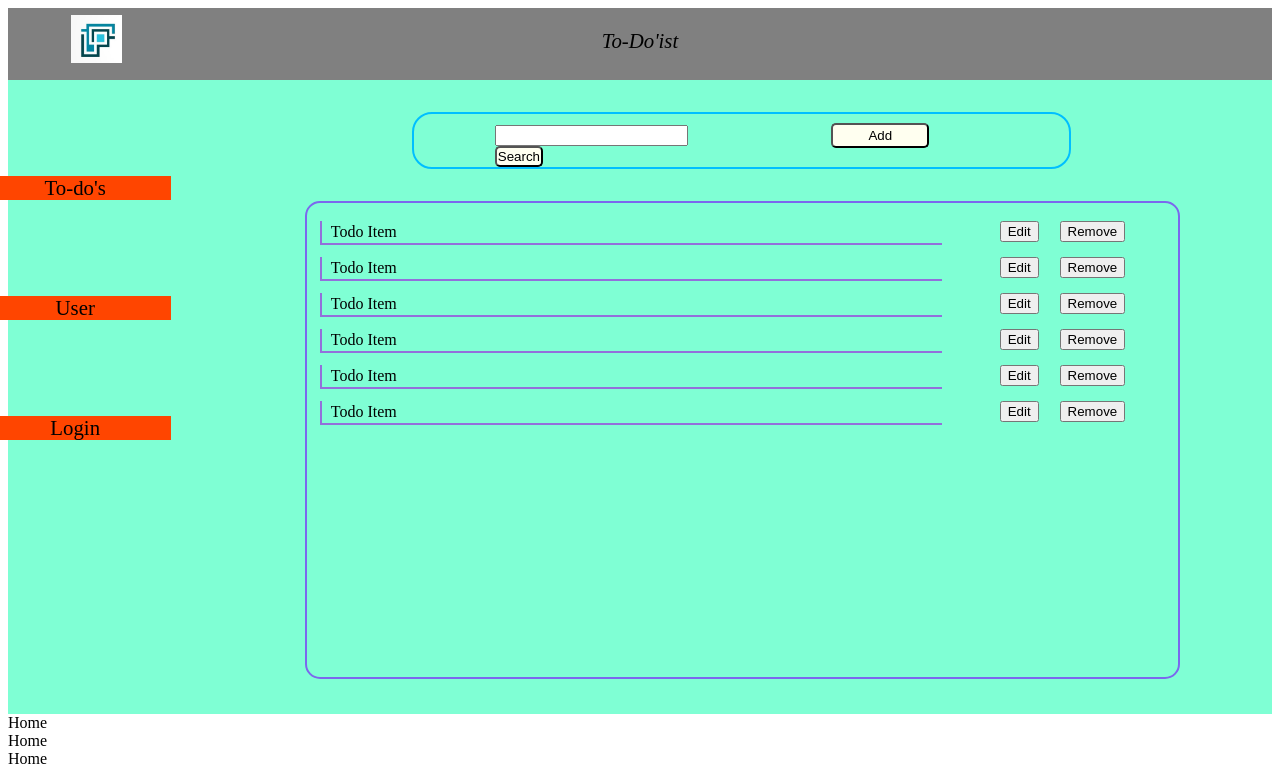
Repository: tavisca-pkadam/Todo-Website
Page: home.html
The author's editor kept a copy of each file at every save. The page is drawn from the files as they stood at one save, then again after the next save.
The browser window is 1280 px wide. The pictures show the whole page.

Above is the page before, as saved 2019-08-20 08:55:49.

### home.html
<!DOCTYPE html>
<html>
  <head>
    <meta charset="utf-8" />
    <meta http-equiv="X-UA-Compatible" content="IE=edge" />
    <title>Page Title</title>
    <meta name="viewport" content="width=device-width, initial-scale=1" />
    <link rel="stylesheet" type="text/css" media="screen" href="main.css" />

    <link rel="import" href="components/header.html" />

    <!-- <script src='main.js'></script> -->
  </head>
  <body>
    <div id="head" class="header">
      <img id="company_logo" src="src/logo.jpg" width="5%" />
      <p id="todo_header"><i>To-Do'ist</i></p>
    </div>


    <div id="side_nav">
      <div id="side_todo"  class="side_btn">
        To-do's
      </div>
      <div id="side_user" class="side_btn">
        User
      </div>
      <div id="side_login" class="side_btn">
        Login
      </div>
    </div>
    <div id="todo_content">
        <div id="todo_content_head">
            <div id="todo_content_search">
                <input type="text" style="padding-right:10px">
                <button class="search_button">Search</button>
            </div>
            <button id="todo_content_add" class="search_button">Add</button>
        </div>
        <div id="todo_list">
            <div class="todo_item">
                <div class="todo_detail">
                        Todo Item
                </div>
                <button class="todo_edit_btn">Edit</button>
                <button>Remove</button>
            </div>
            <div class="todo_item">
                <div class="todo_detail">
                        Todo Item
                </div>
                <button class="todo_edit_btn">Edit</button>
                <button>Remove</button>
            </div>
            <div class="todo_item">
                <div class="todo_detail">
                        Todo Item
                </div>
                <button class="todo_edit_btn">Edit</button>
                <button>Remove</button>
            </div>
            <div class="todo_item">
                <div class="todo_detail">
                        Todo Item
                </div>
                <button class="todo_edit_btn">Edit</button>
                <button>Remove</button>
            </div>
            <div class="todo_item">
                <div class="todo_detail">
                        Todo Item
                </div>
                <button class="todo_edit_btn">Edit</button>
                <button>Remove</button>
            </div>
            <div class="todo_item">
                <div class="todo_detail">
                        Todo Item
                </div>
                <button class="todo_edit_btn">Edit</button>
                <button>Remove</button>
            </div>
        </div>
    </div>
    <div class="link_btn">
        <div>Home</div>
        <div>Home</div>
        <div>Home</div>
    </div>
  </body>
</html>

### main.css
.header {
    background-color:gray;
    position: relative;
    width: 100%;
    height: 10vh;
    margin:0%;
}

#company_logo {
    position: absolute;
    left: 5%;
    width: 4%;
    margin-top: 1vh;
}

#todo_header {
    font-size: 1.3em;
    font-style: oblique;
    font-stretch: expanded;
    position: absolute;
    width: 100%;
    text-align: center;

    /* right: 45%; */
}

#side_nav {
    position: fixed;
    width: 15%;
    background-color: aquamarine;
    height: 88vh;
}

.side_btn {
    left:-15%;
    text-align: center;
    width: 100%;
    position: relative;
    background-color: orangered;
    margin-top: 50%;
    font-size: 1.3rem
}


#todo_content {
    position: relative;
    left: 15%;
    width:85%;
    background-color: aquamarine;
    height: 88vh;
}

#todo_content_head {
    border: 1px;
    position: relative;
    /* background-color: deepskyblue; */
    padding: 5px;
    width: 60%;
    height: 6vh;
    border-radius: 20px;
    left: 20%;
    top: 5%;

    border-width: 2px;
    border-style: solid;
    border-color: deepskyblue;
}

.search_button{
    text-align: center;
    background-color: ivory;
    border-radius: 5px;
    padding: 0.5%;

}

#todo_content_search{
    position: absolute;
    /* background-color: darksalmon; */
    padding: 0.5%;
    margin-left:4%;
    padding-left: 2%;
    padding-right: 4%;
    left: 5vw;
    border-radius: 10px;
    /* border-width: 1px; */
    /* border-style: solid; */
    margin: 3px;

    border-color: blue;

}
#todo_content_add {
    position: absolute;
    background-color: ivory;
    left: 30vw;
    /* top: 10px; */
    width: 15%;
    margin: 4px;
    margin-left: 5%;
}


#todo_list {
    /* background-color: mediumslateblue; */
    position: relative;
    width: 80%;
    left: 10%;
    top: 10%;
    height: 65vh;
    border-radius: 15px;
    padding:3px;
    padding-left: 8px;


    border-width: 2px;
    border-style: solid;
    border-color: mediumslateblue;
}

.todo_item{
    margin:5px;
    margin-top: 15px;
}

.todo_edit_btn{
    margin-left: 80%;
    margin-right: 2%;
}

.todo_detail{
    width: 70%;

    position: absolute;
    padding: 2px;
    padding-left: 1%;

    border-bottom: 6px solid;
    border-left: 6px solid;
    border-width: 2px;
    border-color: mediumpurple;
    }

.link_btn {
    background
}

After the next save:
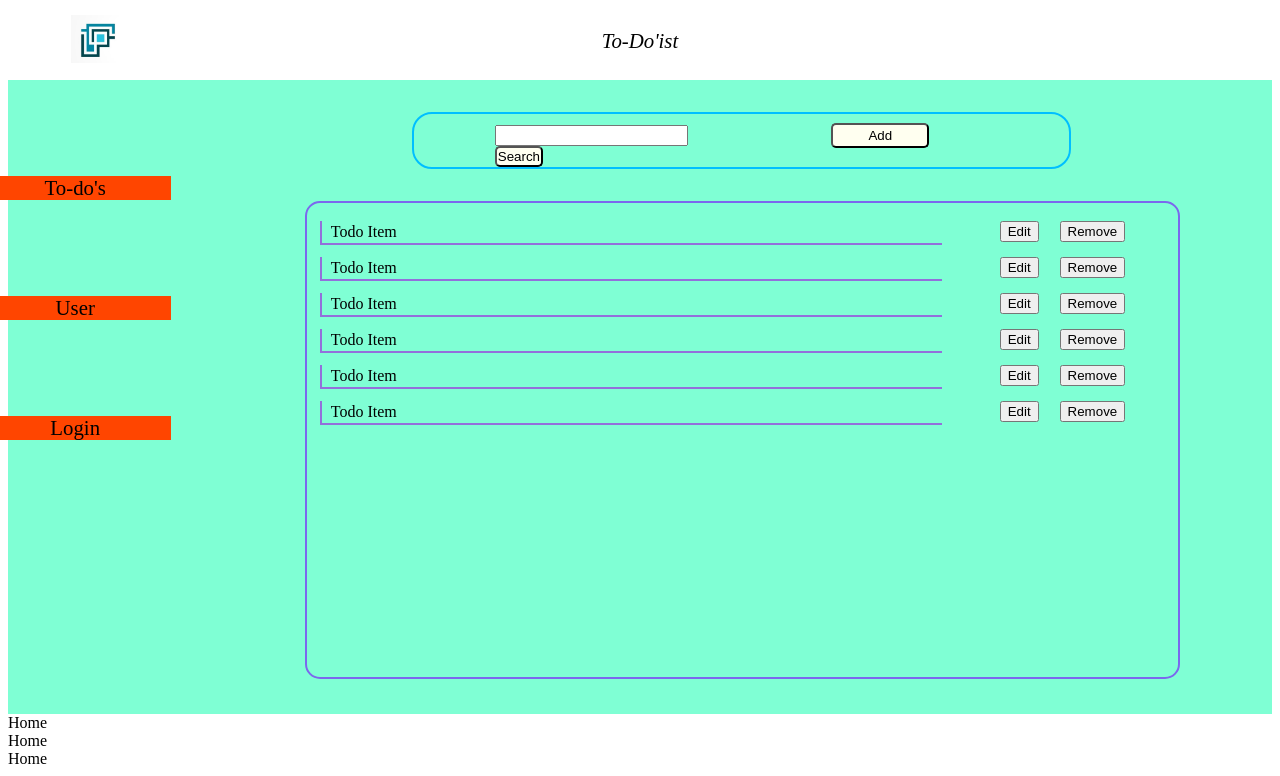
Saved 15 s later.
--- a/main.css
+++ b/main.css
@@ -1,5 +1,5 @@
 .header {
-    background-color:gray;
+    /* background-color:gray; */
     position: relative;
     width: 100%;
     height: 10vh;
